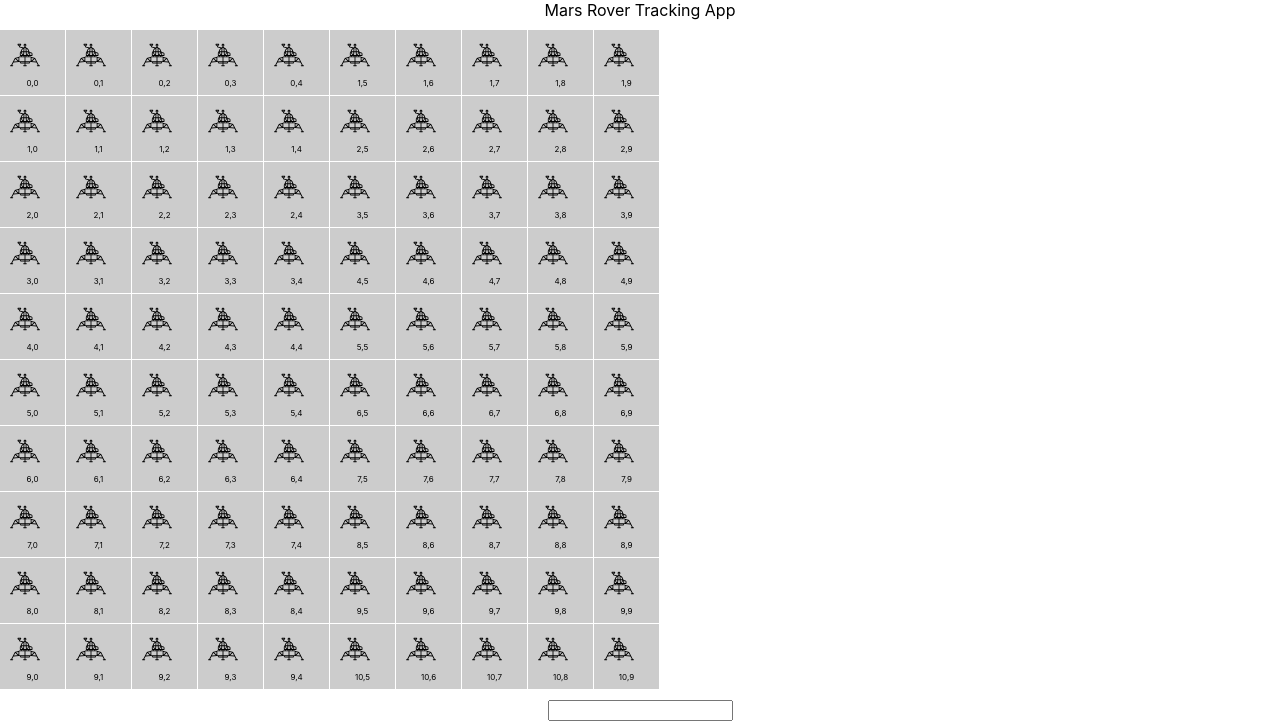
Repository: madhurisandbhor/Rover-Tracking-App
Page: /
These files come from the project's save history. The page is drawn as it stood at one moment and after the next save; the edit follows.
The browser window is 1280 px wide. The pictures show the whole page.
The project was rebuilt for these pictures with package versions that can differ from the ones it lists, and the page was loaded fresh each time.

Above is the page before, as saved 2021-09-06 18:34:50.

After the next save:
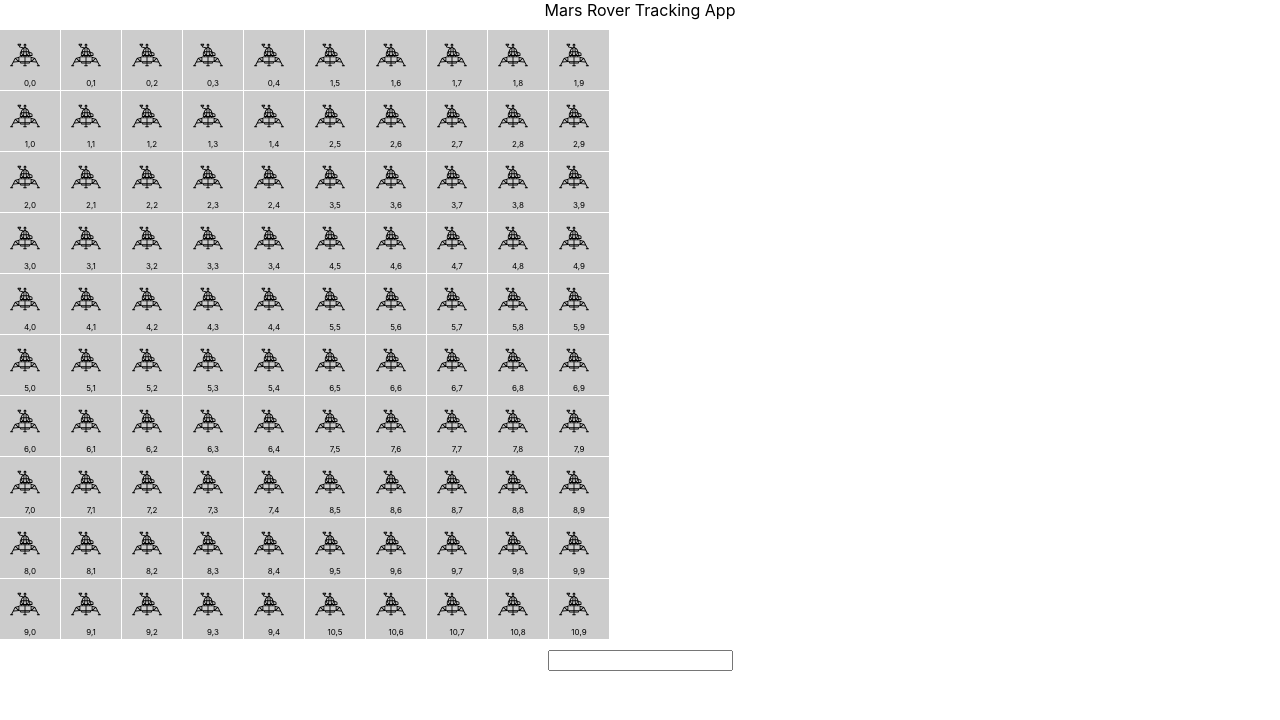
Saved 9 s later.
--- a/src/Grid.jsx
+++ b/src/Grid.jsx
@@ -7,8 +7,8 @@ const wrapper = {
   width: '100%',
   margin: '10px auto',
   display: 'grid',
-  gridTemplateColumns: `repeat(${maxY + 1}, 65px)`,
-  gridTemplateRows: `repeat(${maxX + 1}, 65px)`,
+  gridTemplateColumns: `repeat(${maxY + 1}, 60px)`,
+  gridTemplateRows: `repeat(${maxX + 1}, 60px)`,
   gridGap: '1px',
 }
 
